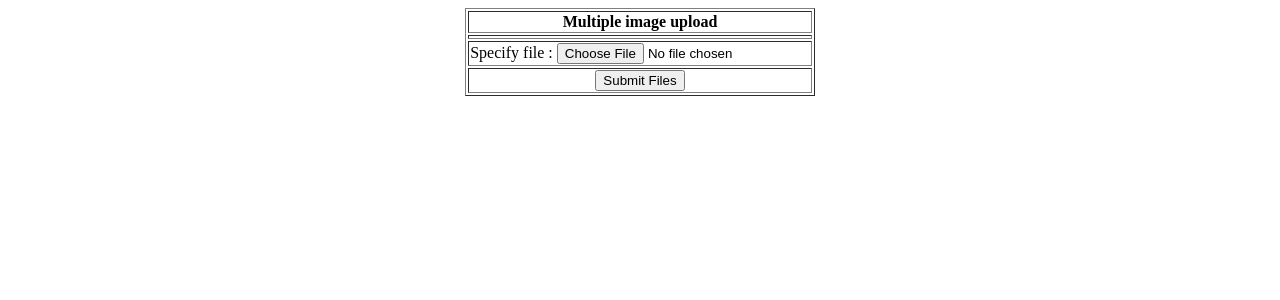
Repository: UnforgivenZZZ/bulldog
Page: http://localhost/bulldog/up.jsp
These files come from the project's save history. The page is drawn as it stood at one moment and after the next save; the edit follows.
The browser window is 1280 px wide. The pictures show the whole page.
The page is served by Tomcat 9.

Above is the page before, as saved 2017-07-18 03:46:57.

After the next save:
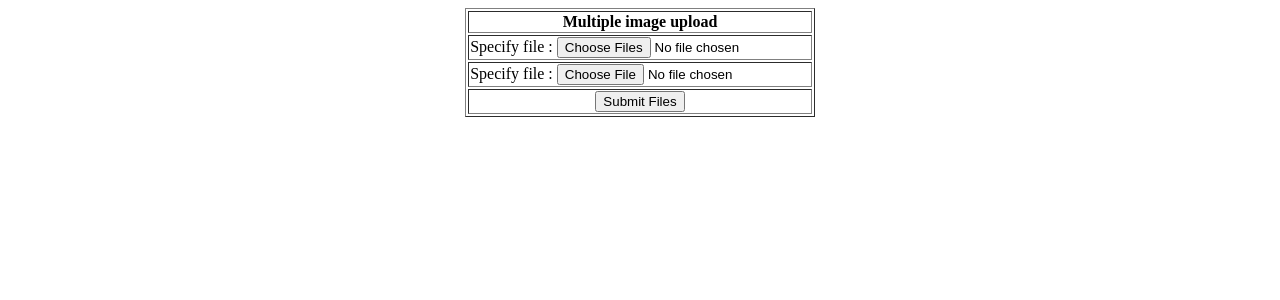
Saved 62 s later.
--- a/bulldog/WebContent/up.jsp
+++ b/bulldog/WebContent/up.jsp
@@ -15,8 +15,8 @@
 				</tr>
 				<tr>
 					<td>
-<!-- 						Specify file : <input name="file" type="file" id="file" multiple>
- -->					</td>
+						Specify file : <input name="file" type="file" id="file" multiple>
+					</td>
 				</tr>
 				<tr>
 					<td>
